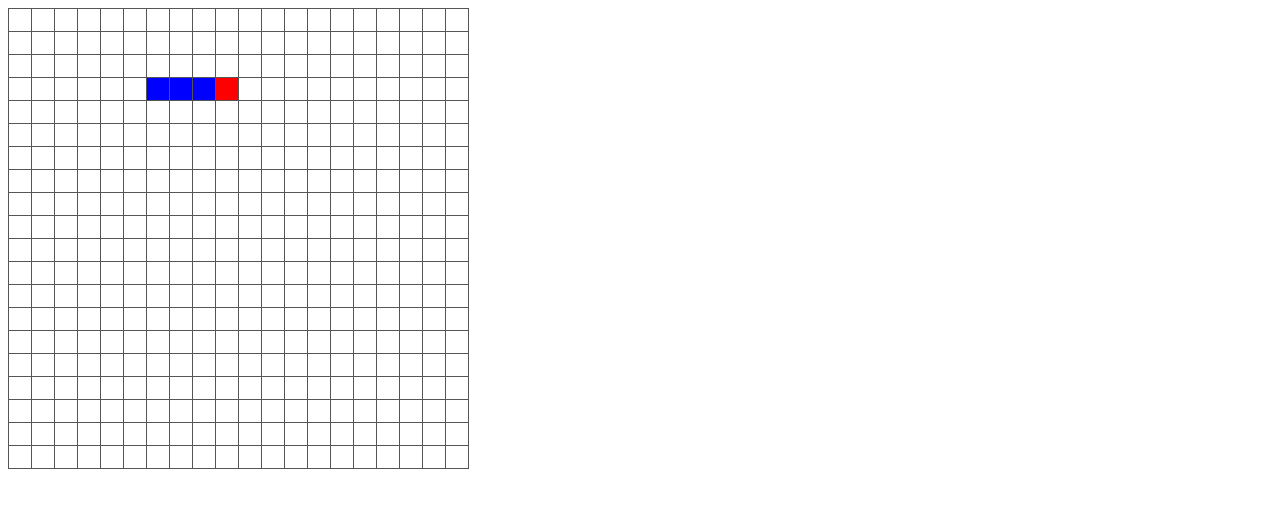
Repository: ycsheng/Games
Page: 01_snake/index.html
An editor plug-in stored every save of this project. The page is shown before and after the next save, followed by the edit.
The browser window is 1280 px wide. The pictures show the whole page.

Above is the page before, as saved 2021-09-18 14:50:37.

### 01_snake/index.html
<!DOCTYPE html>
<html lang="zh">
<head>
  <meta charset="UTF-8">
  <meta http-equiv="X-UA-Compatible" content="IE=edge">
  <meta name="viewport" content="width=device-width, initial-scale=1.0">
  <title>Document</title>
  <style>
    table {
      border-collapse: collapse;
      border: 1px solid #333
    }
    td {
      width: 20px;
      height: 20px;
      border: 1px solid #555;
    }
  </style>
</head>
<body>
  <div id="app"></div>
  <script src="./js/Game.js"></script>
  <script src="./js/Snake.js"></script>
  <script>
    var game = new Game();
  </script>
</body>
</html>

### 01_snake/js/Game.js
/*
  1. 在构造函数中创建一个空对象
  2. 将执行上下文指向这个空对象
  3. 执行里面的所有函数
  4. 执行完成后，返回对象
*/
function Game() {
  // 创建表格
  this.row = 20;  // 行数
  this.col = 20;  //列数
  // 初始化节点
  this.init();
  // 实例化蛇类
  this.snake = new Snake();

  // this.snake.render();
}
// 舞台设计
Game.prototype.init = function() {
  this.dom = document.createElement("table");
  var tr, td;
  // 遍历行和列上树
  for(var i = 0; i < this.row; i++) {
    // 遍历行，创建节点上树
    tr = document.createElement("tr");
    for(var j = 0; j < this.col; j++) {
      // 遍历列，创建节点上树
      td = document.createElement("td");
      tr.appendChild(td)
    }
    // 追加节点上树
    this.dom.appendChild(tr);
  }
  // 表格上树
  document.getElementById("app").appendChild(this.dom)
}

// 清屏方法
Game.prototype.clear = function() {
  // 遍历表格，擦除画布
  for(var i = 0; i < this.row; i++) {
    for(var j = 0; j < this.col; j++) {
      this.dom.getElementsByTagName("tr")[i].getElementsByTagName("td")[j].style.background = "white"
    }
  }
}

// 设置颜色的方法
Game.prototype.setColor = function(row, col, color) {
  // 让表格的第几行，第几列设置颜色的方法
  this.dom.getElementsByTagName("tr")[row].getElementsByTagName("td")[col].style.background = color;
}

var timer = setInterval(function() {
  // 定时器里面的核心就是游戏的渲染本质，清屏-更新-渲染
  // 清除屏幕，解决蛇会边长但不运动
  game.clear();
  // 渲染蛇
  game.snake.render();
  // 蛇的运动
  game.snake.update();
}, 1000)

### 01_snake/js/Snake.js
function Snake() {
  // 蛇的初始化身体
  this.body  = [
    {"row": 3, "col": 5},
    {"row": 3, "col": 4},
    {"row": 3, "col": 3},
    {"row": 3, "col": 2},
  ];
}

// 蛇的运动
Snake.prototype.update = function() {
  // 尾部减一
  this.body.pop();
  // 头部
  this.body.unshift({"row": this.body[0].row, "col": this.body[0].col + 1})
}

/*
  Snake的render谁来调用？如果Snake自己的构造函数调用得不到game
  因为Game类还没有执行完四步走
  解决方案：定时器，异步
*/
Snake.prototype.render = function() {
  // 蛇头的渲染
  game.setColor(this.body[0].row, this.body[0].col, "red");
  // 蛇身体的渲染
  for(var i = 1; i < this.body.length; i++) {
    game.setColor(this.body[i].row, this.body[i].col, "blue")
  }
}

After the next save:
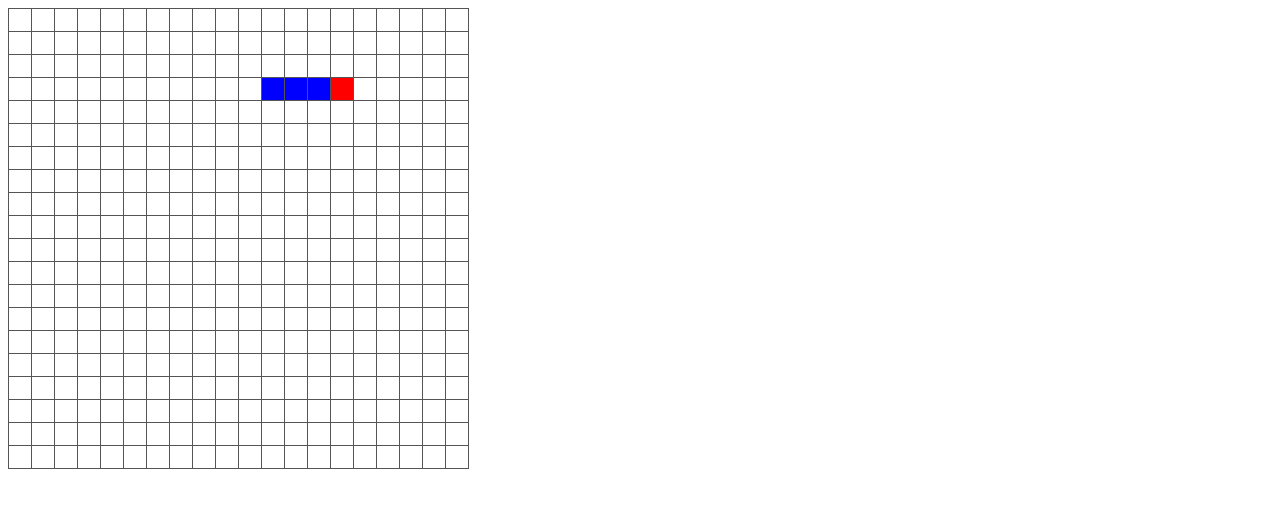
Saved 14 s later.
--- a/01_snake/js/Game.js
+++ b/01_snake/js/Game.js
@@ -59,4 +59,4 @@ var timer = setInterval(function() {
   game.snake.render();
   // 蛇的运动
   game.snake.update();
-}, 1000)
+}, 500)
